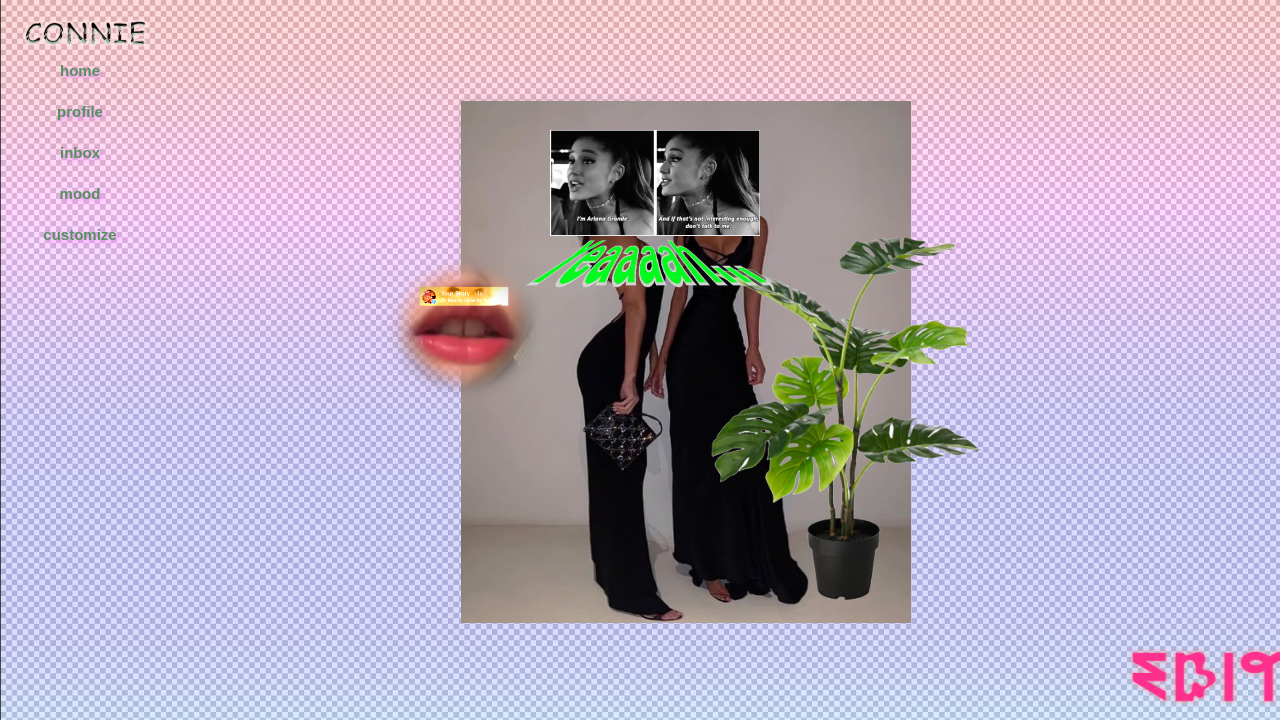
Repository: xuc009/xuc009.github.io
Page: track12/index.html
An editor plug-in stored every save of this project. The page is shown before and after the next save, followed by the edit.
The browser window is 1280 px wide. The pictures show the whole page.
Some web fonts or font styles are not loaded; a fallback is used. Some web libraries are served in a nearby version.

Above is the page before, as saved 2018-12-08 17:00:51.

After the next save:
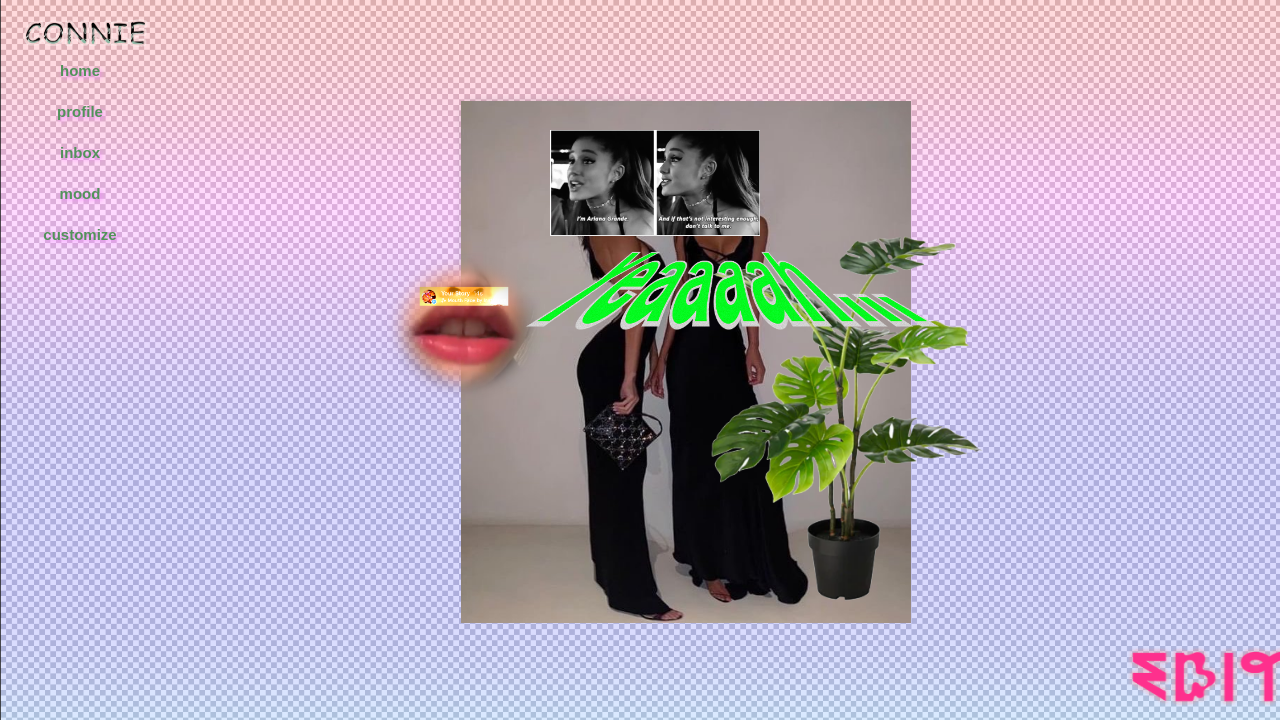
Saved 15 s later.
--- a/track12/index.html
+++ b/track12/index.html
@@ -75,7 +75,7 @@
       <div id="draggable5" class="ui-widget-content draggable five tooltip">
           <span class="tooltiptext">https://www.instagram.com/p/BoPapCyAAdp/</span>
           <a href="https://www.instagram.com/p/BoPapCyAAdp/" target="_blank">
-          <img src="assets/img/lyric.png" width="250px">
+          <img src="assets/img/lyric.png" width="415px">
           </a>
         </div>
 
